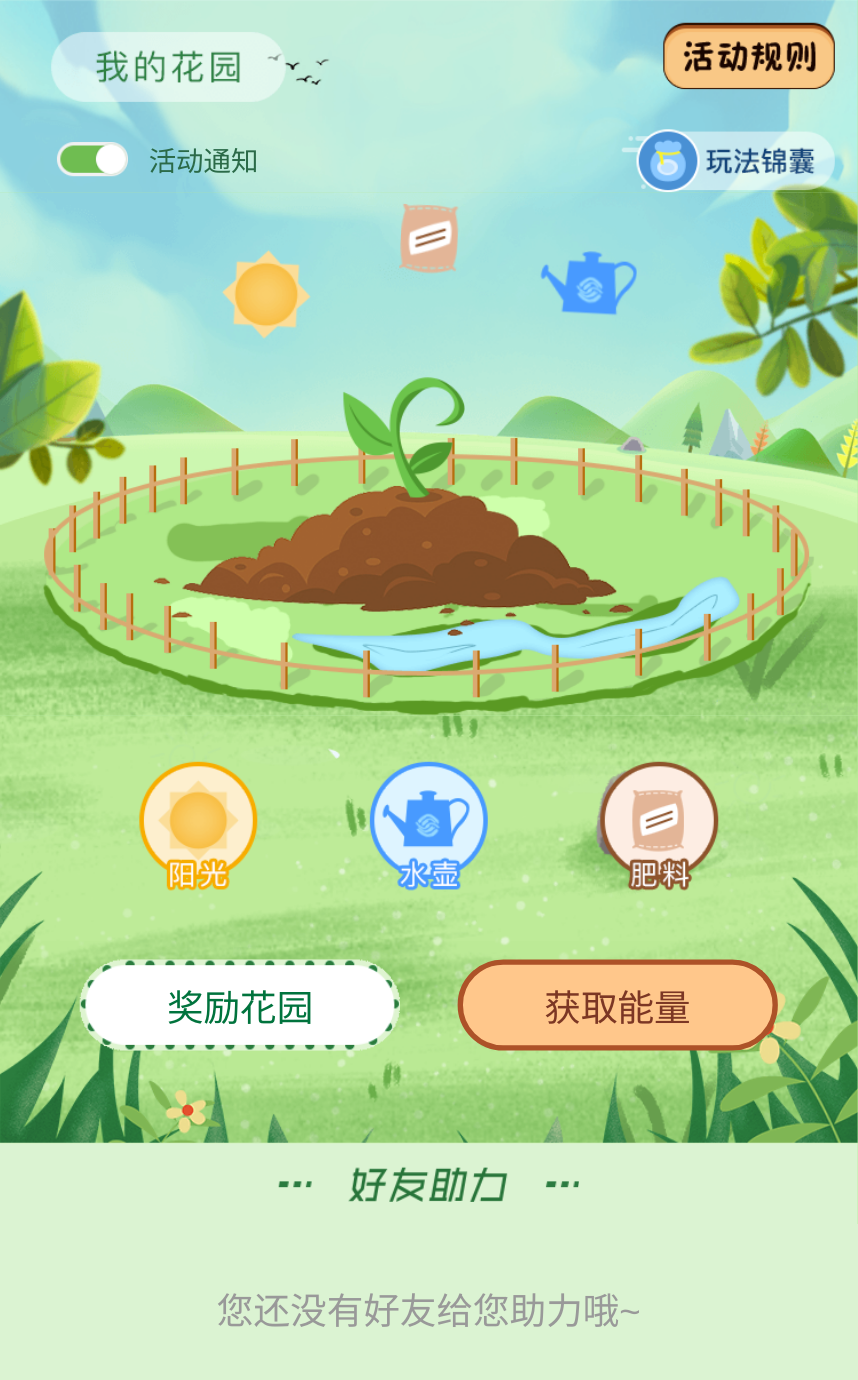
Repository: wangbiaozy/zh
Page: index.html
The author's editor kept a copy of each file at every save. The page is drawn from the files as they stood at one save, then again after the next save.
The browser window is 1280 px wide. The pictures show the whole page, at 67% of full size.

Above is the page before, as saved 2019-03-18 20:28:19.
Console error: TypeError: Cannot read properties of undefined (reading 'style')

After the next save:
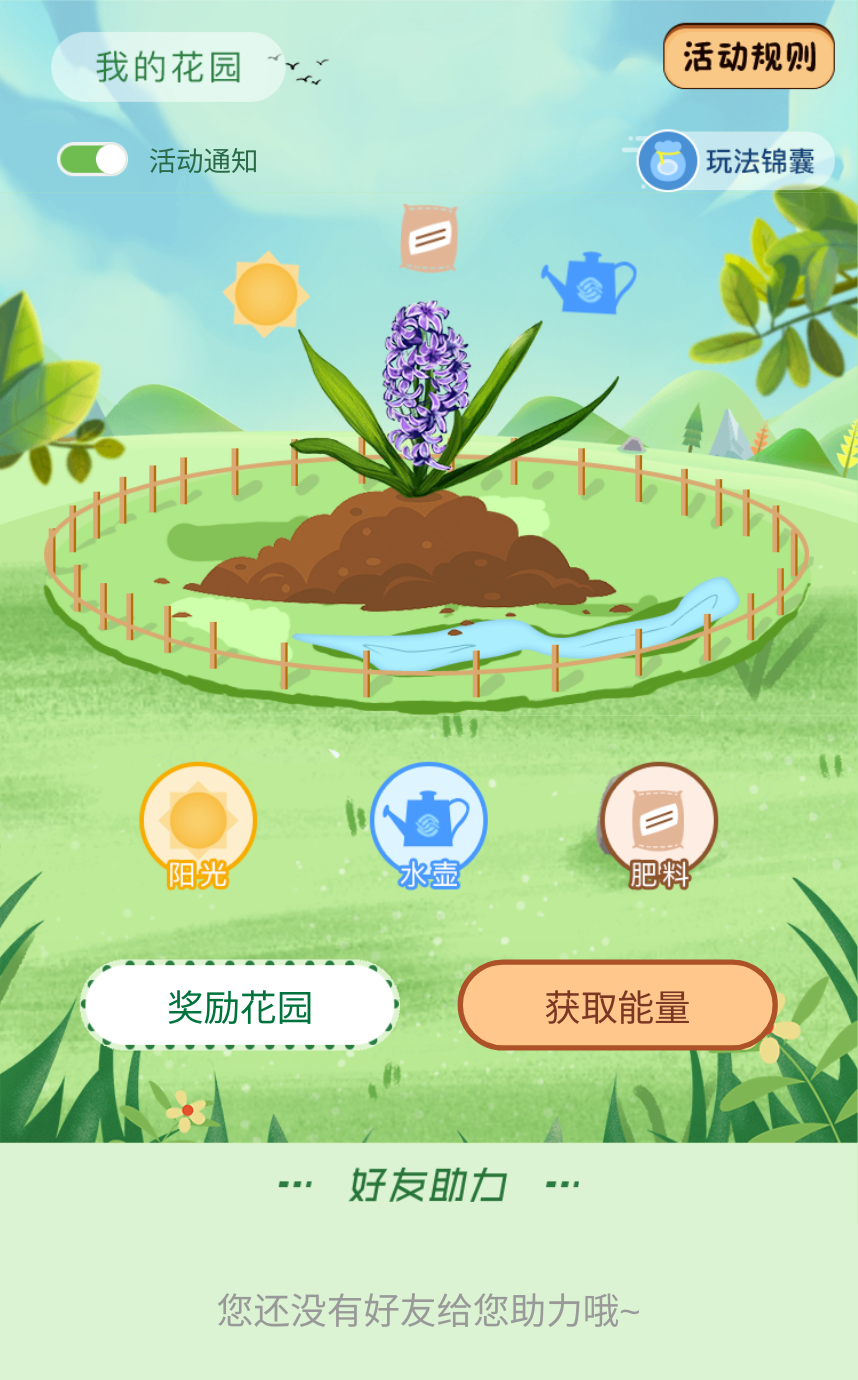
Saved 11 s later.
--- a/index.html
+++ b/index.html
@@ -161,7 +161,7 @@
         </div>
         <div>
             <div>
-                <div class="cq"></div>
+                <div class="cs-1"></div>
                 <ul>
                     <li class="a-ring"></li>
                     <li class="a-ring"></li>

After the save that followed:
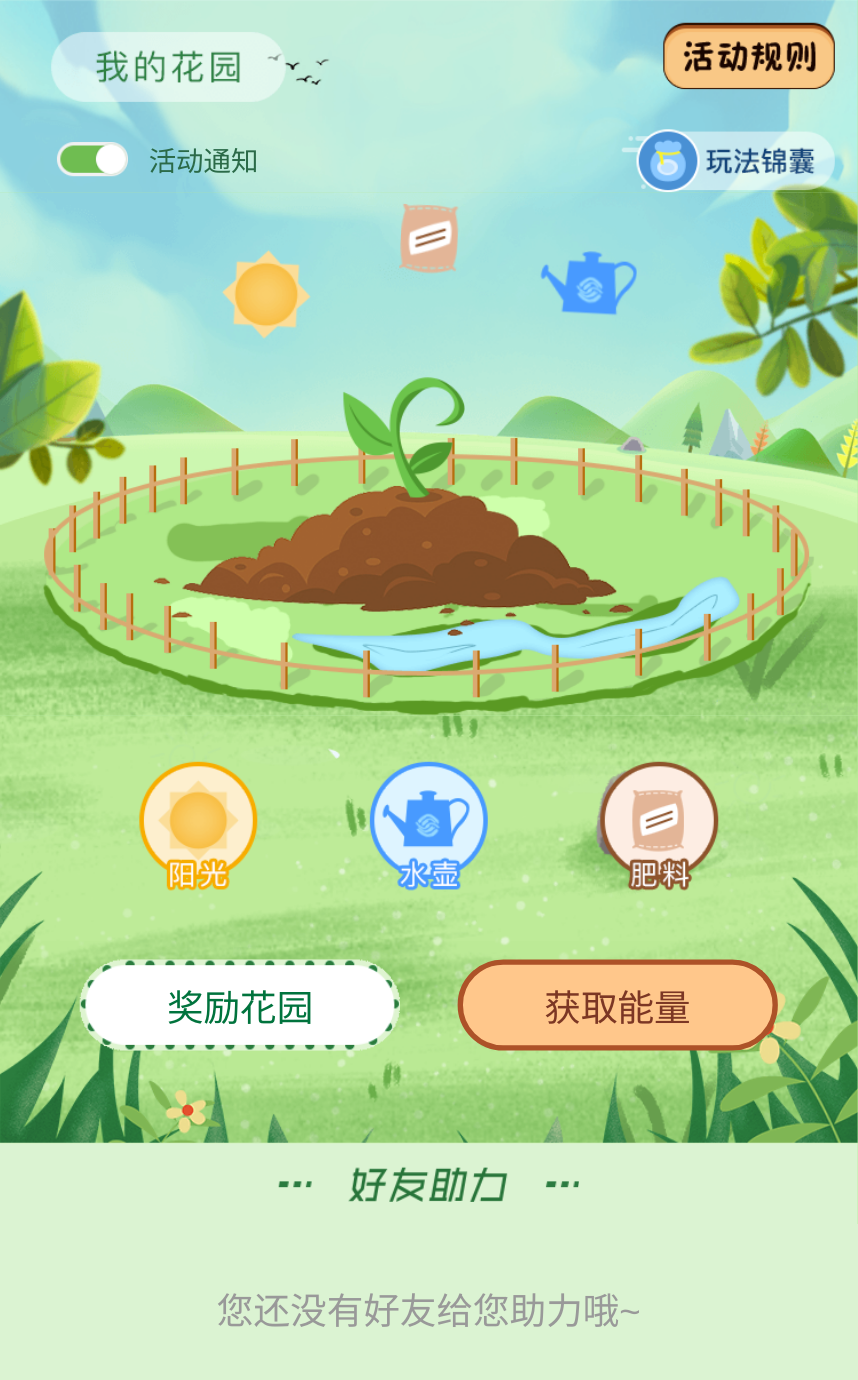
Saved 8 s later.
--- a/index.html
+++ b/index.html
@@ -161,7 +161,7 @@
         </div>
         <div>
             <div>
-                <div class="cs-1"></div>
+                <div class="cq"></div>
                 <ul>
                     <li class="a-ring"></li>
                     <li class="a-ring"></li>
